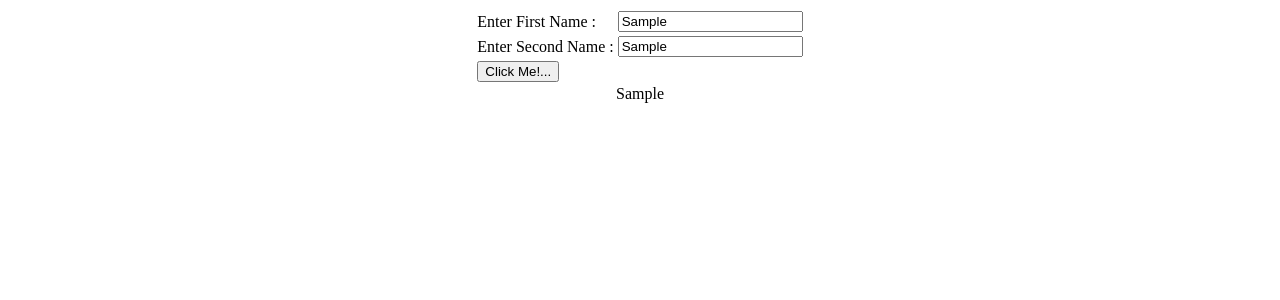
Repository: gajanansp07/Advance_Java_Practice
Page: Webapp/src/main/webapp/FullName.html
An editor plug-in stored every save of this project. The page is shown before and after the next save, followed by the edit.
The browser window is 1280 px wide. The pictures show the whole page.
Empty fields were first filled with sample values (such as "Sample", 5 or name@example.com).
After loading, the first visible `input[onclick="fullName()"]` was clicked once.

Above is the page before, as saved 2022-03-13 06:31:13.

### Webapp/src/main/webapp/FullName.html
<!DOCTYPE html>
<html>
<head>
<meta charset="ISO-8859-1">
<title>Insert title here</title>
<script type="text/javascript">
function fullName() {
	  const output = document.getElementById('fullname');
	  let text = document.getElementById('fn').value;
	  text.concat(" "+document.getElementById('ln').value);
	  output.innerHTML = text;
	}
</script>
</head>
<body>
<form>
<table style="margin-left: auto; margin-right: auto;">
<tr>
<td>Enter First Name : </td>
<td><input type="text" name="fname" id="fn"/></td>
</tr>
<tr>
<td>Enter Second Name : </td>
<td><input type="text" name="lname" id="ln" /></td>
</tr>
<tr>
<td colspan=2><input type="button" value="Click Me!..." onClick="fullName()"></td>
</tr>
</table>
<div id="fullname" style="text-align-last: center"></div>
</form>
</body>
</html>

After the next save:
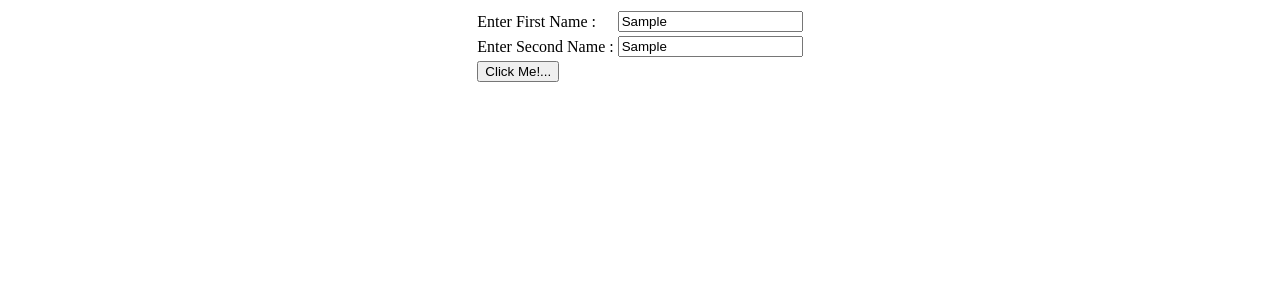
Console error: ReferenceError: text is not defined
Saved 84 s later.
--- a/Webapp/src/main/webapp/FullName.html
+++ b/Webapp/src/main/webapp/FullName.html
@@ -6,8 +6,8 @@
 <script type="text/javascript">
 function fullName() {
 	  const output = document.getElementById('fullname');
-	  let text = document.getElementById('fn').value;
-	  text.concat(" "+document.getElementById('ln').value);
+	  let text1 = document.getElementById('fn').value;
+	  let text2 = document.getElementById('ln').value;
 	  output.innerHTML = text;
 	}
 </script>

After the 2 saves that followed:
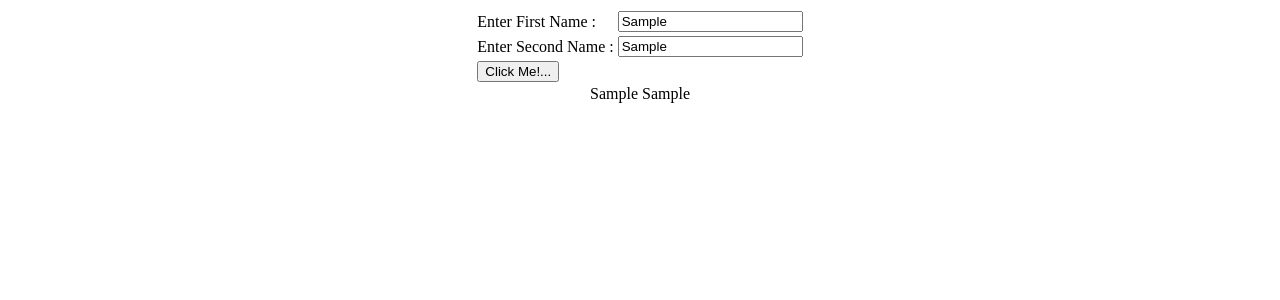
The error is gone.
The 2 saves are shown as one change because 1 left the picture as it was.
The last was saved 67 s later.
--- a/Webapp/src/main/webapp/FullName.html
+++ b/Webapp/src/main/webapp/FullName.html
@@ -8,7 +8,7 @@
 	  const output = document.getElementById('fullname');
 	  let text1 = document.getElementById('fn').value;
 	  let text2 = document.getElementById('ln').value;
-	  output.innerHTML = text;
+	  output.innerHTML = text1.concat(" "+text2);
 	}
 </script>
 </head>
